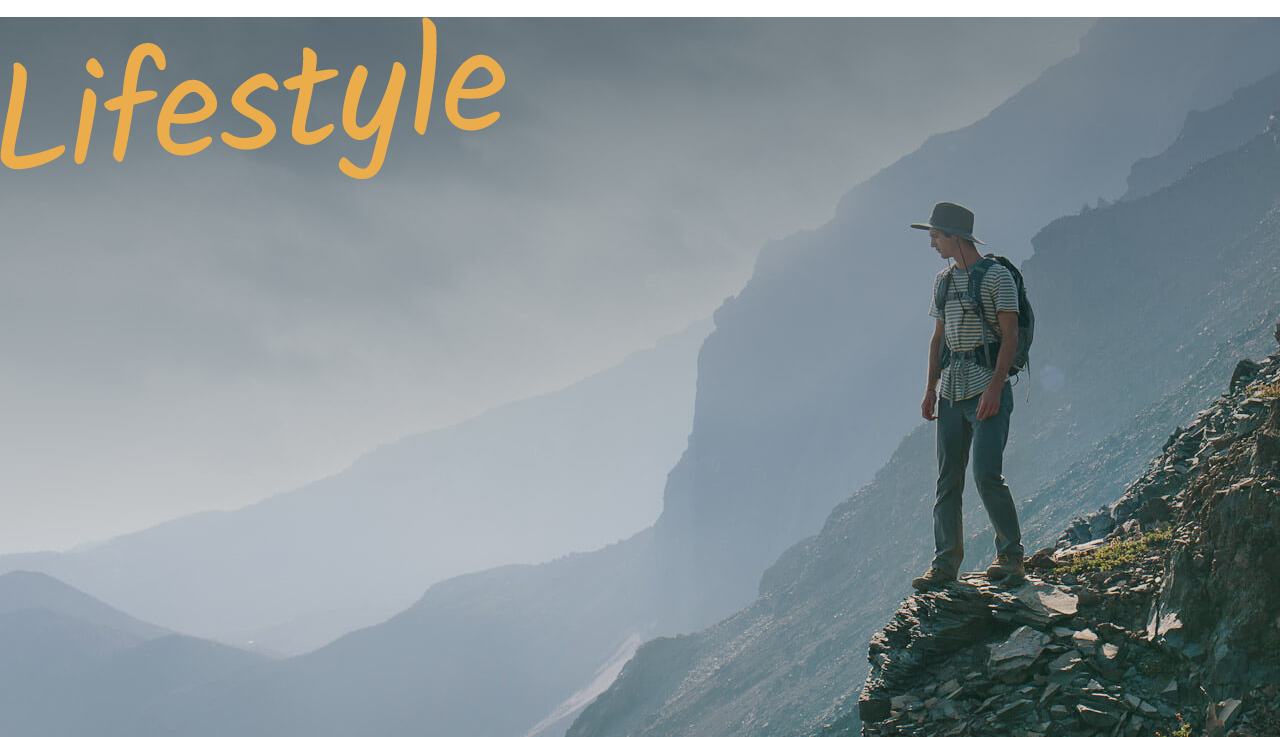
Repository: MalgorzataMazur/BeLife
Page: index.html
An editor plug-in stored every save of this project. The page is shown before and after the next save, followed by the edit.
The browser window is 1280 px wide. The pictures show the whole page.

Above is the page before, as saved 2019-10-29 19:04:45.

### index.html
<!DOCTYPE html>
<html lang="en-US">
<head>
    <link rel="stylesheet" href="vendors/css/normalize.css">
    <link rel="stylesheet" href="vendors/css/grid.css">
    <link rel="stylesheet" type="text/css" href="resources/css/style.css">
    <link href="https://fonts.googleapis.com/css?family=Lora:400,400i,700,700i&display=swap" rel="stylesheet">
    <title>BeLifestyle</title>
    <meta charset="UTF-8">
    <meta name="viewport" content="width=device-width, initial-scale=1.0">
    <meta http-equiv="X-UA-Compatible" content="ie=edge">
    <title>Document</title>
</head>
<body>
    <header>
        <div class="hero-logo-box">
            <h1><img src="resources/css/img/home_lifestyle_slogan.png"></h1>
        </div>

    </header>



</body>
</html>

### resources/css/style.css
* {
    margin: 0;
    padding: 0;
    box-sizing: border-box;
}

html {
    color: #9d9fa0;
    font-family: "Lora", Arial, Tahoma, sans-serif;
    font-weight: 400;
    font-size: 13px;
}

.row {
    max-width: 1140px;
    margin: 0 auto;
}
header {
    background-image:  url(img/home_lifestyle_blog_sectionbg1.jpg);
    height: 100vh;
}

Loaded but not shown: vendors/css/normalize.css (library); vendors/css/grid.css (library)

After the next save:
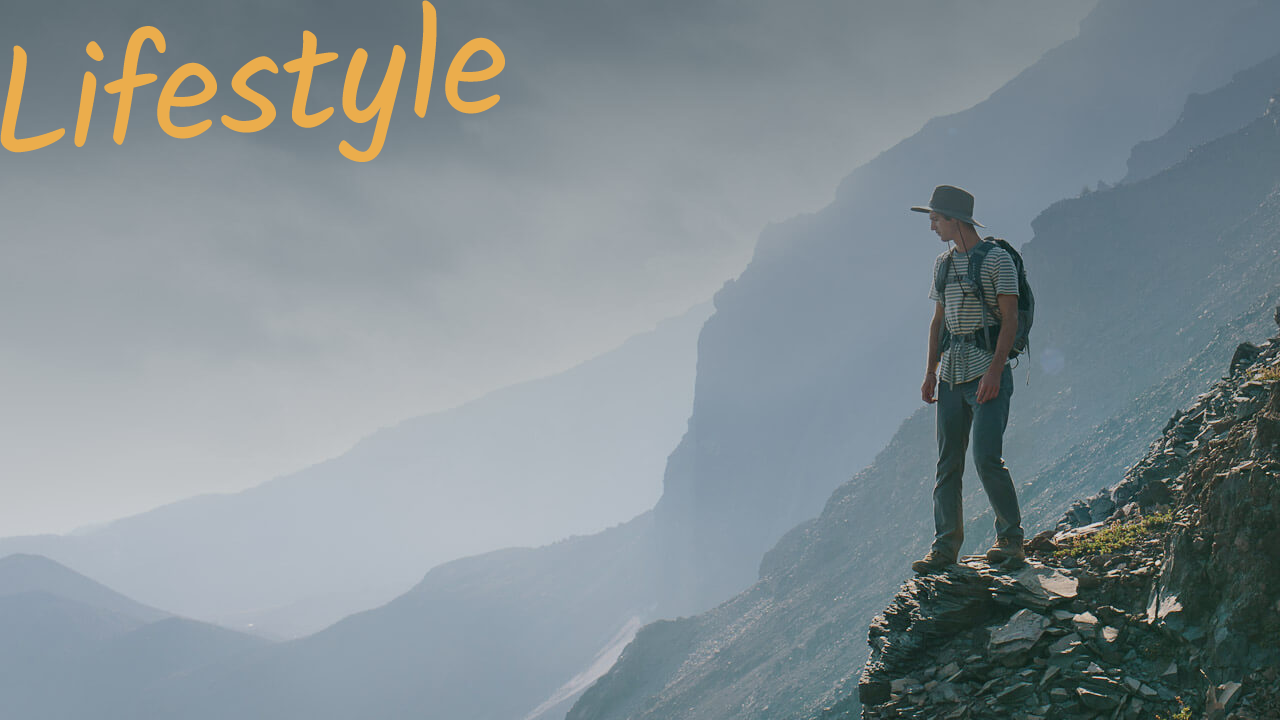
Saved 2 min 42 s later.
--- a/resources/css/style.css
+++ b/resources/css/style.css
@@ -19,3 +19,7 @@ header {
     background-image:  url(img/home_lifestyle_blog_sectionbg1.jpg);
     height: 100vh;
 }
+
+h1 {
+    margin: 0;
+}
